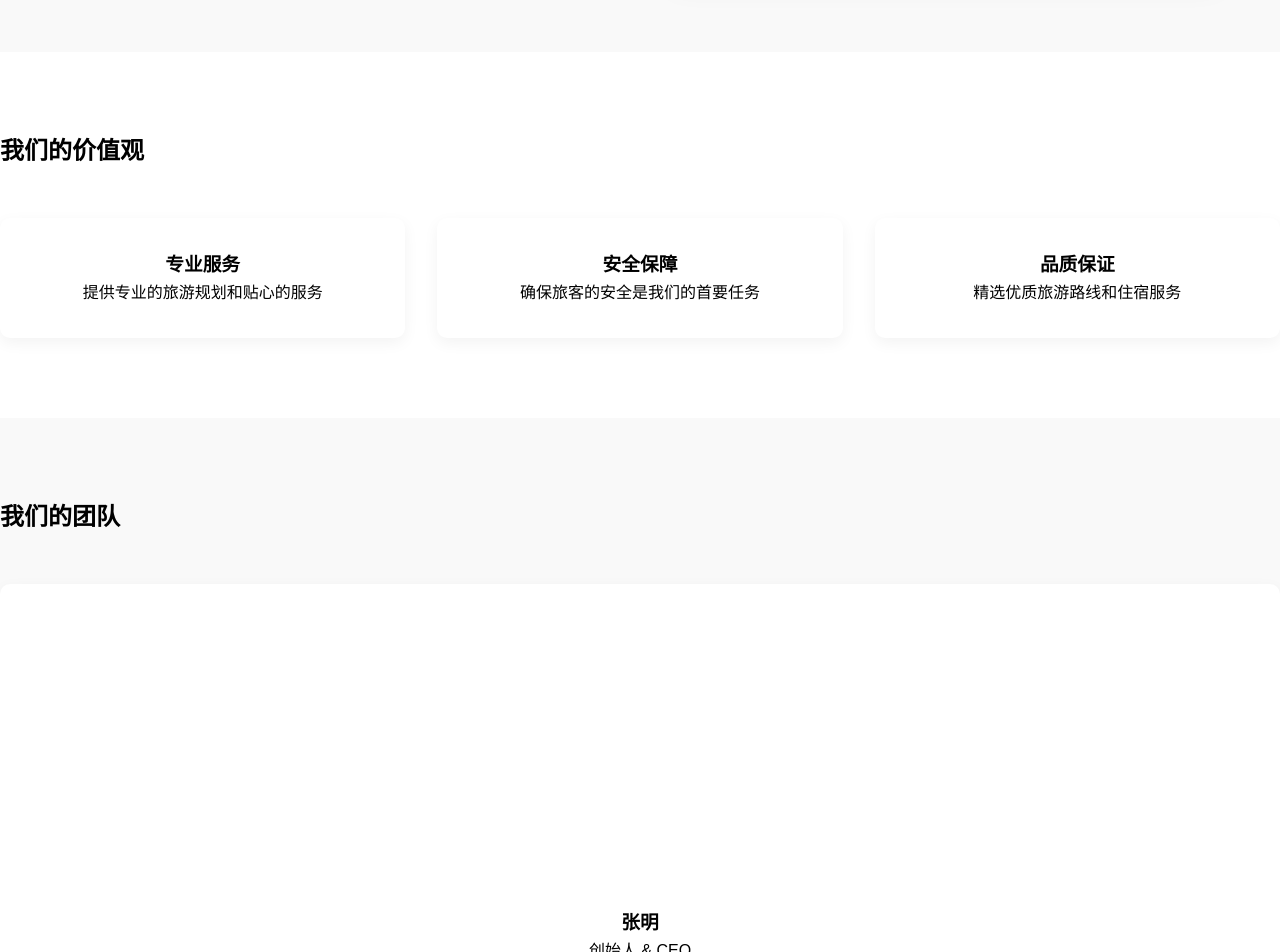
Repository: huang-heavenly-Emperor/travel_1
Page: pages/about.html
The author's editor kept a copy of each file at every save. The page is drawn from the files as they stood at one save, then again after a run of saves.
The browser window is 1280 px wide. The pictures show the part of the page from y = 1039 to 1991 px (the page is 2146 px tall before and 2202 px after).
A picture or video elsewhere on the page could not be fetched, so the positions and the page height are approximate.

Above is the page before, as saved 2024-11-18 02:32:23.

### pages/about.html
<!DOCTYPE html>
<html lang="zh-CN">
<head>
    <meta charset="UTF-8">
    <meta name="viewport" content="width=device-width, initial-scale=1.0">
    <title>关于我们 - 环球旅行</title>
    <link rel="stylesheet" href="../css/style.css">
    <link rel="stylesheet" href="../css/animations.css">
    <link rel="stylesheet" href="../css/responsive.css">
    <link rel="stylesheet" href="../css/about.css">
</head>
<body>
    <!-- 导航栏 -->
    <nav class="main-nav">
        <!-- 与首页相同的导航结构 -->
    </nav>

    <!-- 页面头部 -->
    <header class="about-header">
        <div class="header-content">
            <h1>关于我们</h1>
            <p>探索世界，创造回忆</p>
        </div>
    </header>

    <!-- 公司简介 -->
    <section class="company-intro">
        <div class="container">
            <div class="intro-content">
                <h2>我们的故事</h2>
                <p>环球旅行成立于2010年，致力于为旅行者提供最优质的旅游体验。十余年来，我们始终坚持"让旅行更美好"的理念，服务数十万旅客游览世界各地。</p>
            </div>
            <div class="intro-image">
                <img src="../assets/images/about/company.jpg" alt="公司简介">
            </div>
        </div>
    </section>

    <!-- 核心价值观 -->
    <section class="core-values">
        <div class="container">
            <h2>我们的价值观</h2>
            <div class="values-grid">
                <div class="value-card">
                    <i class="fas fa-heart"></i>
                    <h3>专业服务</h3>
                    <p>提供专业的旅游规划和贴心的服务</p>
                </div>
                <div class="value-card">
                    <i class="fas fa-shield-alt"></i>
                    <h3>安全保障</h3>
                    <p>确保旅客的安全是我们的首要任务</p>
                </div>
                <div class="value-card">
                    <i class="fas fa-star"></i>
                    <h3>品质保证</h3>
                    <p>精选优质旅游路线和住宿服务</p>
                </div>
            </div>
        </div>
    </section>

    <!-- 团队介绍 -->
    <section class="team-section">
        <div class="container">
            <h2>我们的团队</h2>
            <div class="team-grid">
                <div class="team-member">
                    <div class="member-image">
                        <img
                            src="data:[embedded picture, 78 characters]"
                            data-src="../assets/images/team/member1.jpg"
                            alt="张明 - CEO"
                            class="lazy-load"
                        >
                    </div>
                    <div class="member-info">
                        <h3>张明</h3>
                        <p>创始人 & CEO</p>
                    </div>
                </div>
                <!-- 更多团队成员... -->
            </div>
        </div>
    </section>

    <!-- 页脚 -->
    <footer class="footer">
        <!-- 与首页相同的页脚结构 -->
    </footer>
</body>
</html>

### css/style.css
/* 基础样式 */
* {
    margin: 0;
    padding: 0;
    box-sizing: border-box;
}

body {
    font-family: 'Microsoft YaHei', sans-serif;
    line-height: 1.6;
}

/* 导航栏样式 */
.main-nav {
    position: fixed;
    top: 0;
    left: 0;
    width: 100%;
    background: #fff;
    padding: 1rem 5%;
    display: flex;
    justify-content: space-between;
    align-items: center;
    z-index: 1000;
    box-shadow: 0 2px 5px rgba(0,0,0,0.1);
}

.nav-links {
    display: flex;
    list-style: none;
    gap: 2rem;
}

.nav-links a {
    text-decoration: none;
    color: #333;
    font-weight: 500;
    transition: color 0.3s ease;
}

/* 轮播图样式 */
.hero-slider {
    position: relative;
    height: 70vh;
    overflow: hidden;
}

.slide {
    position: relative;
    height: 100%;
}

.slide img {
    width: 100%;
    height: 100%;
    object-fit: cover;
}

/* 特色目的地样式 */
.featured-destinations {
  padding: 4rem 5%;
}

.section-header {
  text-align: center;
  margin-bottom: 3rem;
}

.destination-grid {
  display: grid;
  grid-template-columns: repeat(auto-fit, minmax(280px, 1fr));
  gap: 2rem;
}

.destination-card {
  position: relative;
  border-radius: 8px;
  overflow: hidden;
  box-shadow: 0 2px 15px rgba(0,0,0,0.1);
}

.destination-image {
  position: relative;
  height: 300px;
}

.destination-image img {
  width: 100%;
  height: 100%;
  object-fit: cover;
}

.destination-overlay {
  position: absolute;
  bottom: 0;
  left: 0;
  right: 0;
  background: linear-gradient(transparent, rgba(0,0,0,0.7));
  padding: 1.5rem;
  color: #fff;
  transform: translateY(100%);
  transition: transform 0.3s ease;
}

.destination-card:hover .destination-overlay {
  transform: translateY(0);
}

/* 页脚样式 */
.footer {
    background: #303036;
    color: #d3d3d3;
    padding: 20px 0;
    position: relative;
    bottom: 0;
    width: 100%;
}

.footer-content {
    display: flex;
    justify-content: space-around;
    flex-wrap: wrap;
    padding: 20px;
    gap: 20px;
}

.footer-section {
    flex: 1;
    min-width: 300px;
    padding: 20px;
}

.footer-section h3 {
    color: white;
    margin-bottom: 15px;
    position: relative;
}

.footer-section h3::before {
    content: '';
    position: absolute;
    left: 0;
    bottom: -5px;
    width: 50px;
    height: 2px;
    background: #ff4d4d;
}

.footer-section.about p {
    margin: 15px 0;
}

.socials {
    margin-top: 20px;
}

.socials a {
    display: inline-block;
    width: 35px;
    height: 35px;
    background: #ff4d4d;
    color: white;
    text-align: center;
    line-height: 35px;
    margin-right: 10px;
    border-radius: 5px;
    transition: all 0.3s;
}

.socials a:hover {
    background: #fff;
    color: #ff4d4d;
    transform: translateY(-5px);
}

.footer-section.links ul {
    list-style: none;
}

.footer-section.links ul li {
    margin-bottom: 10px;
}

.footer-section.links ul li a {
    color: #d3d3d3;
    text-decoration: none;
    transition: color 0.3s;
}

.footer-section.links ul li a:hover {
    color: white;
    padding-left: 10px;
}

.footer-section.contact span {
    display: block;
    margin-bottom: 10px;
}

.footer-bottom {
    text-align: center;
    padding: 10px;
    background: #343a40;
    color: #686868;
}

/* 汉堡菜单样式 */
.hamburger {
    display: none;
    cursor: pointer;
    width: 30px;
    height: 20px;
    position: relative;
    z-index: 1001;
}

.hamburger span {
    display: block;
    width: 100%;
    height: 2px;
    background: #333;
    position: absolute;
    transition: all 0.3s ease;
}

.hamburger span:first-child {
    top: 0;
}

.hamburger span:nth-child(2) {
    top: 9px;
}

.hamburger span:last-child {
    top: 18px;
}

/* 汉堡菜单激活状态 */
.hamburger.active span:first-child {
    transform: rotate(45deg);
    top: 9px;
}

.hamburger.active span:nth-child(2) {
    opacity: 0;
}

.hamburger.active span:last-child {
    transform: rotate(-45deg);
    top: 9px;
}

/* 导航菜单样式 */
.nav-menu {
    display: flex;
    align-items: center;
    gap: 2rem;
}

.nav-auth {
    display: flex;
    gap: 1rem;
}

/* 防止菜单打开时背景滚动 */
body.no-scroll {
    overflow: hidden;
}

/* 菜单展开时的遮罩 */
.nav-menu::before {
    content: '';
    position: fixed;
    top: 0;
    left: 0;
    width: 100%;
    height: 100%;
    background: rgba(0, 0, 0, 0.5);
    opacity: 0;
    visibility: hidden;
    transition: 0.3s ease;
}

.nav-menu.active::before {
    opacity: 1;
    visibility: visible;
}

### css/animations.css
/* 导航链接悬停动画 */
.nav-links a:hover {
    color: #007bff;
    transform: translateY(-2px);
}

/* 轮播图动画 */
.fade {
    animation: fadeEffect 1.5s ease-in-out;
}

@keyframes fadeEffect {
    from {
        opacity: 0;
    }
    to {
        opacity: 1;
    }
}

/* 关于页面动画 */
@keyframes fadeInDown {
    from {
        opacity: 0;
        transform: translateY(-30px);
    }
    to {
        opacity: 1;
        transform: translateY(0);
    }
}

@keyframes fadeInUp {
    from {
        opacity: 0;
        transform: translateY(30px);
    }
    to {
        opacity: 1;
        transform: translateY(0);
    }
}

/* 滚动显示动画 */
.scroll-reveal {
    opacity: 0;
    transform: translateY(30px);
    transition: all 0.8s ease;
}

.scroll-reveal.active {
    opacity: 1;
    transform: translateY(0);
}

### css/responsive.css
/* 响应式布局 */
@media screen and (max-width: 768px) {
    .nav-links {
        display: none; /* 移动端菜单将通过JS控制显示 */
    }

    .hero-slider {
        height: 50vh;
    }

    .destination-grid {
        grid-template-columns: repeat(2, 1fr);
    }

    .destination-image {
        height: 250px;
    }
}

@media screen and (max-width: 480px) {
    .nav-auth {
        display: none;
    }

    .hero-slider {
        height: 40vh;
    }

    .destination-grid {
        grid-template-columns: 1fr;
    }

    .destination-image {
        height: 200px;
    }
}

/* 页脚响应式样式 */
@media screen and (max-width: 768px) {
    .footer-content {
        flex-direction: column;
    }

    .footer-section {
        min-width: 100%;
    }

    .footer-section.about {
        text-align: center;
    }

    .footer-section h3::before {
        left: 50%;
        transform: translateX(-50%);
    }
}

/* 移动端导航样式 */
@media screen and (max-width: 768px) {
    .hamburger {
        display: block;
    }

    .nav-menu {
        position: fixed;
        top: 0;
        right: -100%;
        width: 80%;
        height: 100vh;
        background: #fff;
        flex-direction: column;
        padding: 80px 40px;
        transition: 0.3s ease;
    }

    .nav-menu.active {
        right: 0;
    }

    .nav-links {
        flex-direction: column;
        align-items: center;
        width: 100%;
    }

    .nav-links li {
        width: 100%;
        text-align: center;
        padding: 10px 0;
        border-bottom: 1px solid #eee;
    }

    .nav-auth {
        flex-direction: column;
        width: 100%;
        margin-top: 20px;
    }

    .nav-auth a {
        width: 100%;
        text-align: center;
        padding: 10px 0;
    }
}

/* 关于页面响应式样式 */
@media screen and (max-width: 768px) {
    .about-header {
        height: 40vh;
    }

    .header-content h1 {
        font-size: 2rem;
    }

    .company-intro .container {
        flex-direction: column;
        gap: 2rem;
    }

    .intro-content, .intro-image {
        width: 100%;
    }

    .values-grid {
        grid-template-columns: 1fr;
    }

    .team-grid {
        grid-template-columns: repeat(auto-fit, minmax(200px, 1fr));
    }
}

@media screen and (max-width: 480px) {
    .about-header {
        height: 30vh;
    }

    .header-content h1 {
        font-size: 1.5rem;
    }

    .member-image {
        height: 250px;
    }
}

### css/about.css
/* 页面头部样式 */
.about-header {
    height: 60vh;
    background: linear-gradient(rgba(0,0,0,0.5), rgba(0,0,0,0.5)),
                url('../assets/images/about/header-bg.jpg');
    background-size: cover;
    background-position: center;
    display: flex;
    align-items: center;
    justify-content: center;
    text-align: center;
    color: #fff;
    margin-top: 80px; /* 导航栏高度 */
}

.header-content h1 {
    font-size: 3rem;
    margin-bottom: 1rem;
    animation: fadeInDown 1s ease;
}

.header-content p {
    font-size: 1.2rem;
    animation: fadeInUp 1s ease;
}

/* 公司简介样式 */
.company-intro {
    padding: 5rem 0;
    background: #f9f9f9;
}

.company-intro .container {
    display: flex;
    align-items: center;
    gap: 4rem;
    max-width: 1200px;
    margin: 0 auto;
    padding: 0 20px;
}

.intro-content {
    flex: 1;
}

.intro-image {
    flex: 1;
    border-radius: 10px;
    overflow: hidden;
    box-shadow: 0 10px 30px rgba(0,0,0,0.1);
}

.intro-image img {
    width: 100%;
    height: auto;
    transition: transform 0.3s ease;
}

.intro-image:hover img {
    transform: scale(1.05);
}

/* 核心价值观样式 */
.core-values {
    padding: 5rem 0;
    background: #fff;
}

.values-grid {
    display: grid;
    grid-template-columns: repeat(auto-fit, minmax(250px, 1fr));
    gap: 2rem;
    margin-top: 3rem;
}

.value-card {
    text-align: center;
    padding: 2rem;
    background: #fff;
    border-radius: 10px;
    box-shadow: 0 5px 15px rgba(0,0,0,0.05);
    transition: transform 0.3s ease;
}

.value-card:hover {
    transform: translateY(-10px);
}

.value-card i {
    font-size: 2.5rem;
    color: #ff4d4d;
    margin-bottom: 1rem;
}

/* 团队介绍样式 */
.team-section {
    padding: 5rem 0;
    background: #f9f9f9;
}

.team-grid {
    display: grid;
    grid-template-columns: repeat(auto-fit, minmax(250px, 1fr));
    gap: 2rem;
    margin-top: 3rem;
}

.team-member {
    background: #fff;
    border-radius: 10px;
    overflow: hidden;
    box-shadow: 0 5px 15px rgba(0,0,0,0.05);
}

.member-image {
    height: 300px;
    overflow: hidden;
}

.member-image img {
    width: 100%;
    height: 100%;
    object-fit: cover;
    transition: transform 0.3s ease;
}

.team-member:hover .member-image img {
    transform: scale(1.1);
}

.member-info {
    padding: 1.5rem;
    text-align: center;
}

/* 添加图片加载过渡效果 */
.lazy-load {
    opacity: 0;
    transition: opacity 0.3s ease;
}

.lazy-load.loaded {
    opacity: 1;
}

After the next 2 saves:
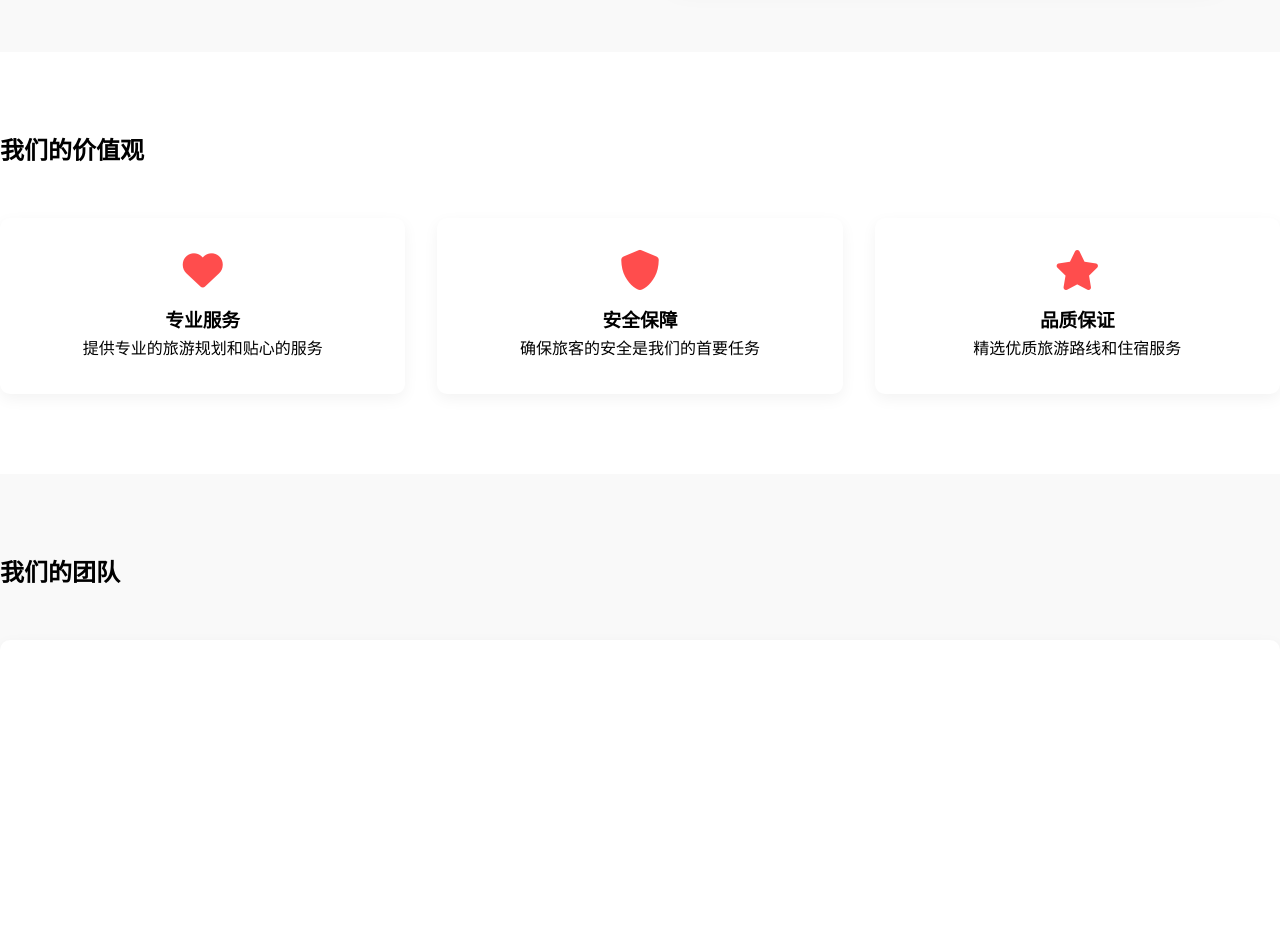
The 2 saves are shown as one change because they came seconds apart.
The last was saved 14 s later.
--- a/pages/about.html
+++ b/pages/about.html
@@ -3,11 +3,28 @@
 <head>
     <meta charset="UTF-8">
     <meta name="viewport" content="width=device-width, initial-scale=1.0">
-    <title>关于我们 - 环球旅行</title>
+    <meta name="description" content="环球旅行 - 专业的旅游服务提供商，为您提供全球旅游攻略、行程规划和预订服务">
+    <meta name="keywords" content="环球旅行,旅游,旅行社,旅游攻略,旅游预订">
+    <meta name="author" content="环球旅行">
+
+    <!-- 网站图标 -->
+    <link rel="icon" href="../assets/images/favicon.ico" type="image/x-icon">
+    <link rel="shortcut icon" href="../assets/images/favicon.ico" type="image/x-icon">
+
+    <!-- 社交媒体分享信息 -->
+    <meta property="og:title" content="关于我们 - 环球旅行">
+    <meta property="og:description" content="了解环球旅行的故事和我们的服务理念">
+    <meta property="og:image" content="../assets/images/about/share-image.jpg">
+    <meta property="og:url" content="https://yourwebsite.com/about">
+
+    <!-- CSS 文件引入 -->
     <link rel="stylesheet" href="../css/style.css">
     <link rel="stylesheet" href="../css/animations.css">
     <link rel="stylesheet" href="../css/responsive.css">
     <link rel="stylesheet" href="../css/about.css">
+
+    <!-- 字体图标 -->
+    <link rel="stylesheet" href="https://cdnjs.cloudflare.com/ajax/libs/font-awesome/6.0.0/css/all.min.css">
 </head>
 <body>
     <!-- 导航栏 -->
